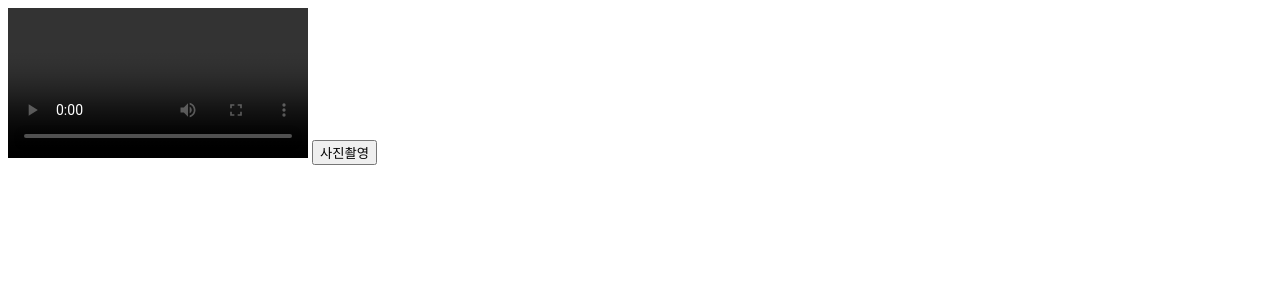
Repository: Backcoder-June/AI_Platform
Page: naverai/src/main/resources/static/cameratest.html
An editor plug-in stored every save of this project. The page is shown before and after the next save, followed by the edit.
The browser window is 1280 px wide. The pictures show the whole page.

Above is the page before, as saved 2022-09-06 04:59:18.

### naverai/src/main/resources/static/cameratest.html
<!DOCTYPE html>
<html>
<head>
<meta charset="UTF-8">
<title>Insert title here</title>

</head>
<body>

<video id="camera-view" autoplay playsinline controls></video>
<button id="camera-btn">사진촬영</button>
<canvas id="camera-output"></canvas>
<a id="camera-save"></a>

<script>
var cameraView = document.getElementById("camera-view");
var cameraBtn = document.getElementById("camera-btn");
var cameraOutput = document.getElementById("camera-output");
var cameraSave = document.getElementById("camera-save");

// 비디오 유저 / 오디오 사용안함
var constraint = {video:{facingMode:"user"}, audio:false};
window.onload = function(){
	navigator.mediaDevices.getUserMedia(constraint)
	.then(function(stream){cameraView.srcObjet=stream;})
	.catch(function(err){console.log("카메라 문제 발생", err);})
}

cameraBtn.onclick = function(){
	cameraOutput.width = cameraView.videoWidth;
	cameraOutput.height = cameraView.videoHeight;

	var pencil = cameraOutput.getContext("2d");
	pencil.drawImage(cameraView,0,0); // 스샷으로 복사완료

	// 파일로 저장
	cameraOutput.toBlob(function(blob){
		var imageurl = URL.createObjectURL(blob);  //blob 받아서 => url 형태로 전환

		// <a 태그에 속성주기 : url 바꾼거로 주고, 다운로드되게 설정 >
		cameraSave.href = imageurl;
		cameraSave.download = "scshot.png";
		cameraSave.innerHTML = "캡쳐";
	});//toBLob

}//onclick




</script>




</body>
</html>

After the next save:
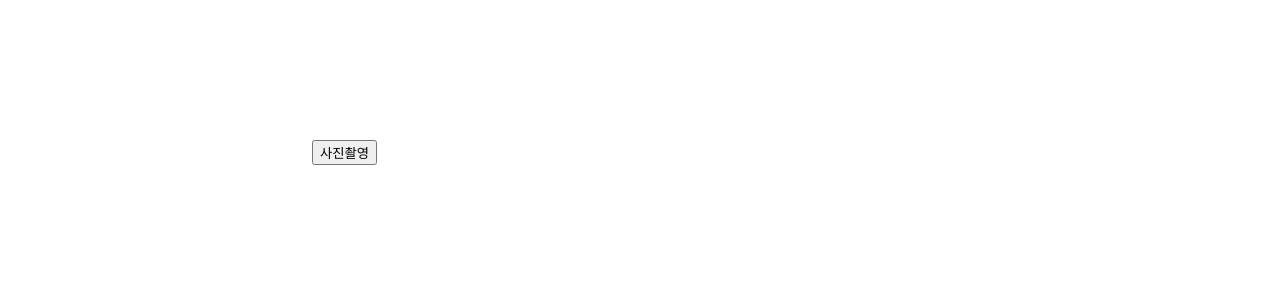
Saved 15 s later.
--- a/naverai/src/main/resources/static/cameratest.html
+++ b/naverai/src/main/resources/static/cameratest.html
@@ -7,7 +7,7 @@
 </head>
 <body>
 
-<video id="camera-view" autoplay playsinline controls></video>
+<video id="camera-view" autoplay playsinline></video>
 <button id="camera-btn">사진촬영</button>
 <canvas id="camera-output"></canvas>
 <a id="camera-save"></a>
